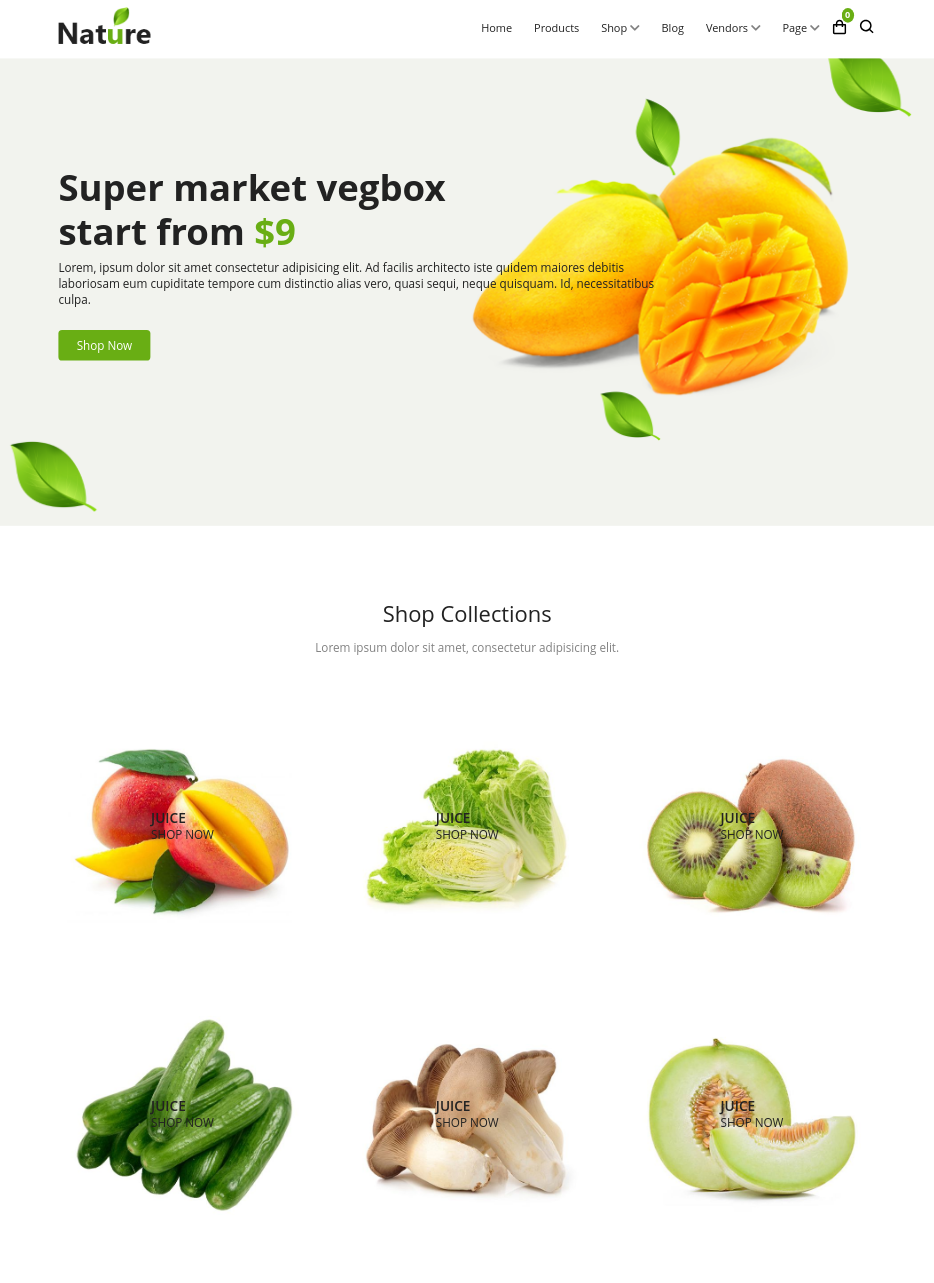
Repository: hoanggiainfomation/hoanggiainfomation.github.io
Page: index.html
These files come from the project's save history. The page is drawn as it stood at one moment and after the next save; the edit follows.
The browser window is 1280 px wide. The pictures show the whole page, at 73% of full size.
Some web libraries are served in a nearby version.

Above is the page before, as saved 2021-08-17 20:15:46.

After the next save:
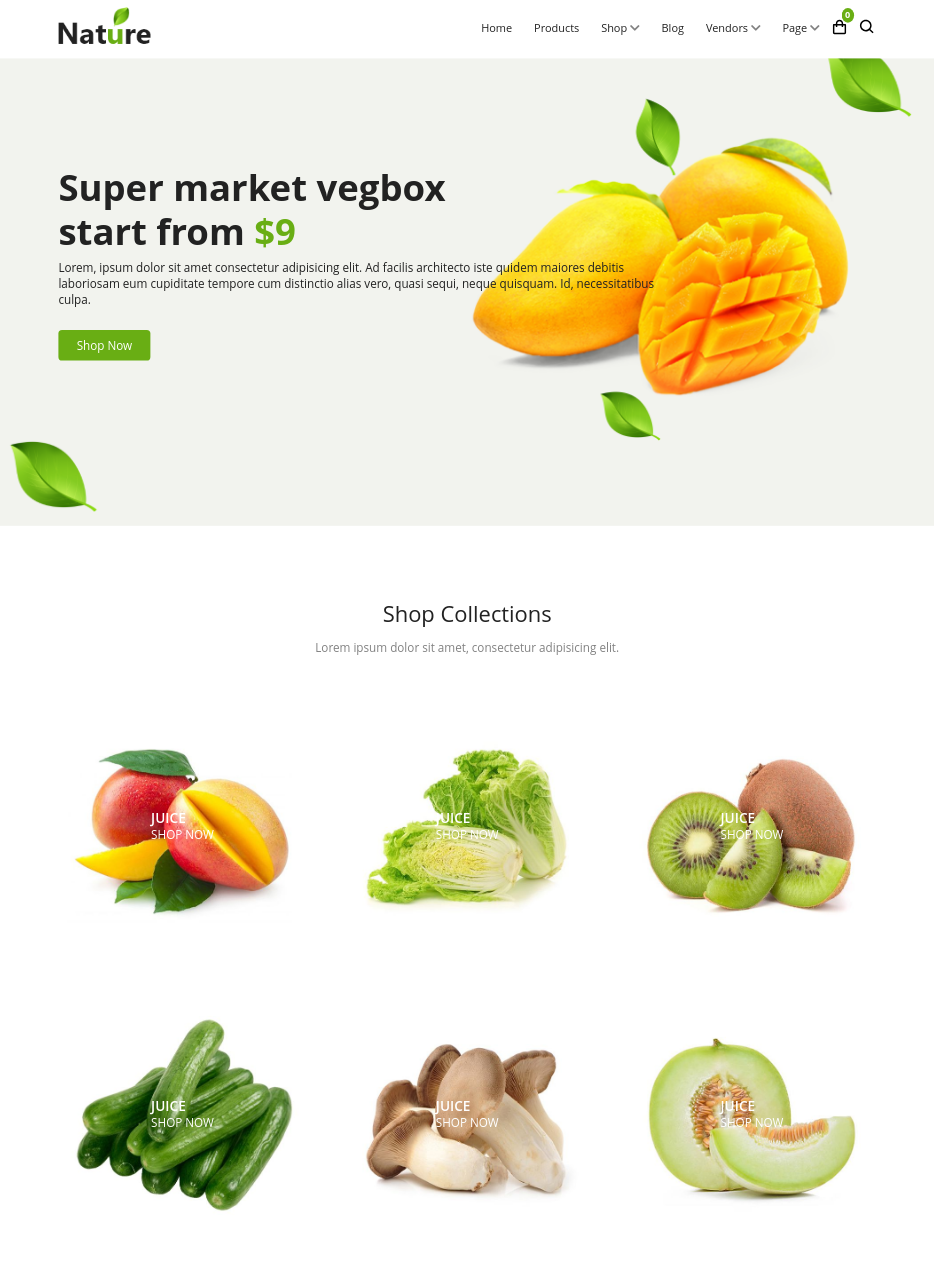
Saved 16 s later.
--- a/styles.css
+++ b/styles.css
@@ -573,4 +573,5 @@ section .title span {
   top: 50%;
   left: 50%;
   transform: translate(-50%, -50%);
-}
+  color: var(--white);
+}
